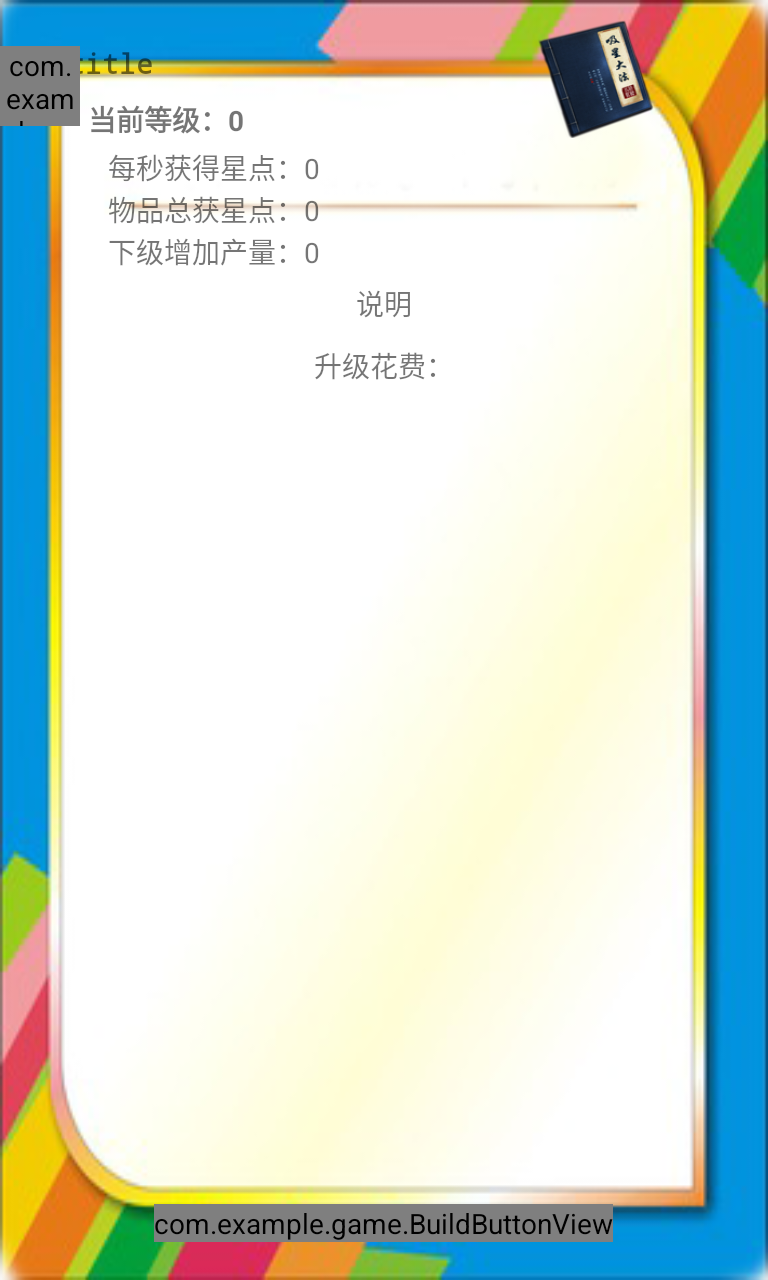
Repository: xianyun2014/StarPoint
Layout: game/res/layout/build_info_view.xml
These files come from the project's save history. The layout is drawn as it stood at one moment and after the next save; the edit follows.
Pictures or frames that could not be fetched are drawn as grey boxes. It is drawn on a 768 x 1280 px phone screen (xhdpi) without system bars, with theme AppTheme; the app's code is not run.

Above is the layout before, as saved 2014-11-17 17:18:42.

After the next save:
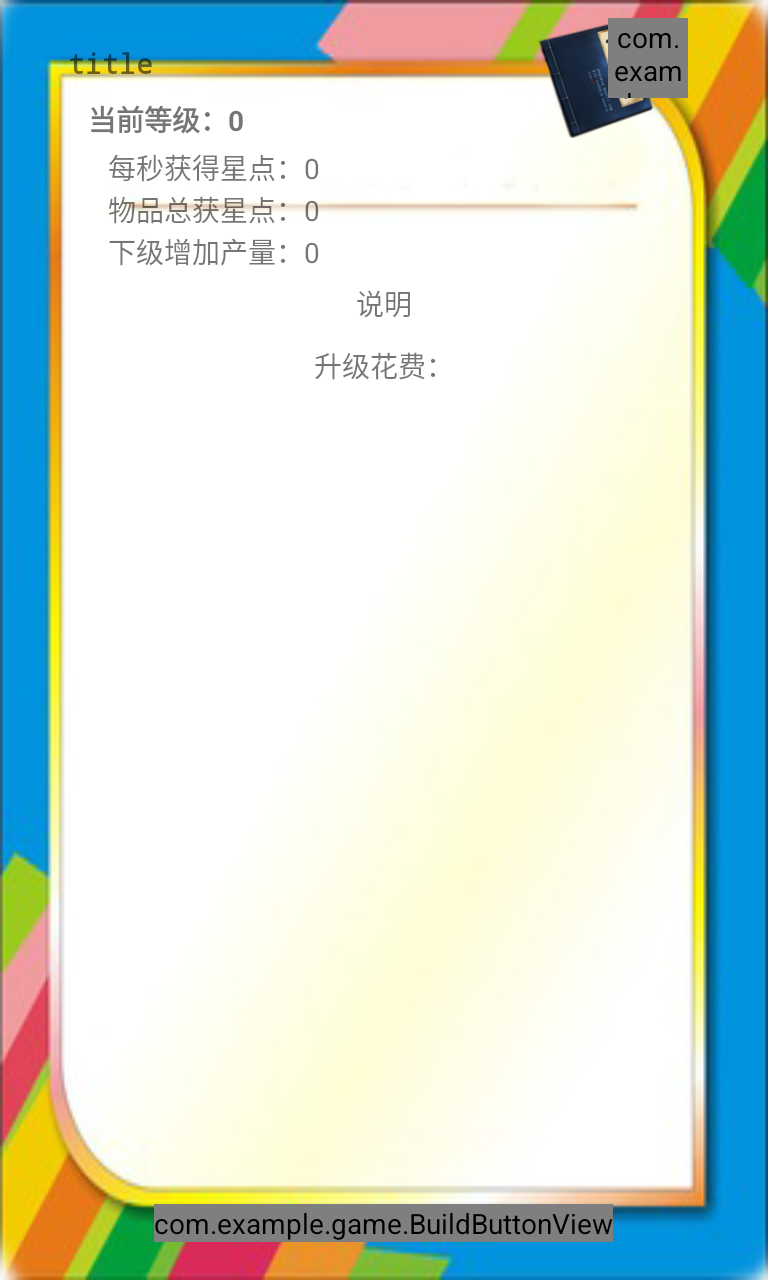
Saved 31 s later.
--- a/game/res/layout/build_info_view.xml
+++ b/game/res/layout/build_info_view.xml
@@ -152,17 +152,6 @@
         android1:text="升级花费：" />
 
     <com.example.game.BuildButtonView
-        android1:id="@+id/close"
-        android1:layout_width="40dp"
-        android1:layout_height="40dp"
-        android1:layout_alignTop="@+id/imageView2"
-        android1:layout_marginRight="222dp"
-        android1:layout_marginTop="14dp"
-        android1:layout_toRightOf="@drawable/info_build"
-        android1:scaleType="fitXY"
-        android1:src="@drawable/close" />
-
-    <com.example.game.BuildButtonView
         android1:id="@+id/buildButtonView1"
         android1:layout_width="wrap_content"
         android1:layout_height="wrap_content"
@@ -171,4 +160,14 @@
         android1:layout_marginBottom="19dp"
         android1:src="@drawable/updata" />
 
+    <com.example.game.BuildButtonView
+        android1:id="@+id/close"
+        android1:layout_width="40dp"
+        android1:layout_height="40dp"
+        android1:layout_alignParentRight="true"
+        android1:layout_alignTop="@+id/imageView2"
+        android1:layout_marginRight="40dp"
+        android1:scaleType="fitXY"
+        android1:src="@drawable/close" />
+
 </RelativeLayout>
